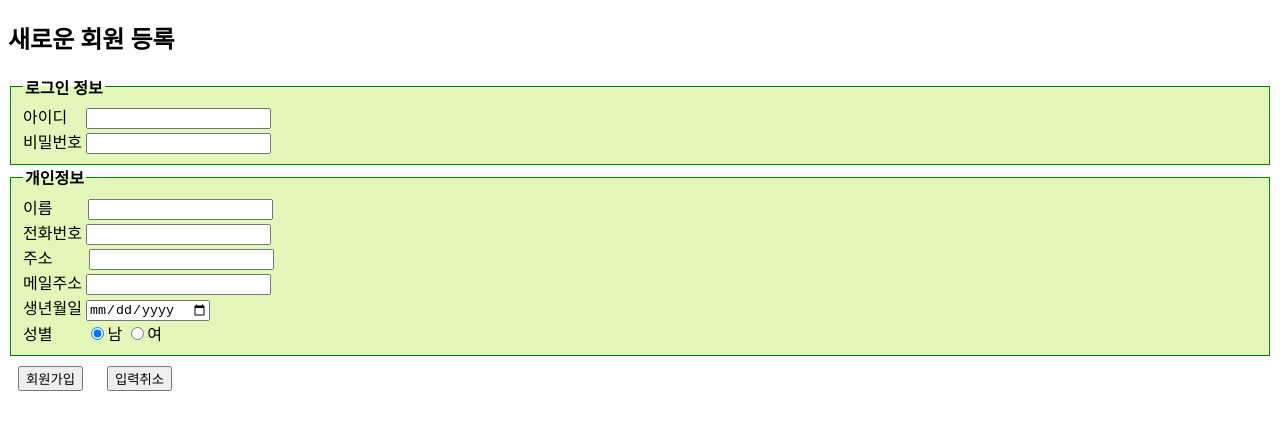
Repository: psyoongsc/SogongDo_Facility
Page: http://localhost/SogongDo_Management_System/Member_Mgmt/register.jsp
These files come from the project's save history. The page is drawn as it stood at one moment and after the next save; the edit follows.
The browser window is 1280 px wide. The pictures show the whole page.
The page is served by Tomcat 9. Nobody is signed in. The application's start-up code is not run.

Above is the page before, as saved 2020-06-25 20:12:26.

After the next save:
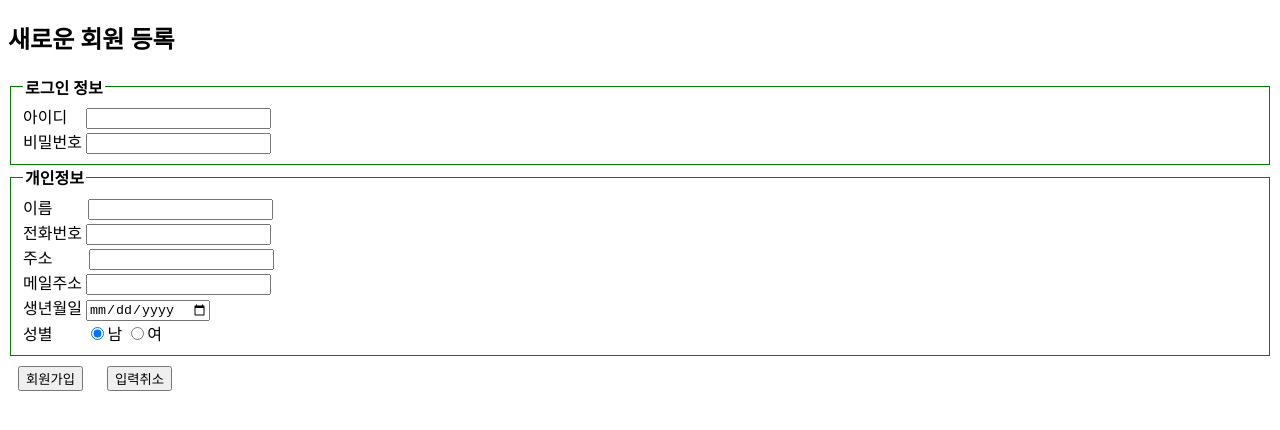
Saved 40 s later.
--- a/SogongDo_Management_System/WebContent/Member_Mgmt/register.jsp
+++ b/SogongDo_Management_System/WebContent/Member_Mgmt/register.jsp
@@ -14,7 +14,6 @@
             border-color: green;
             border-style: groove;
             border-image: initial;
-            background-color: #E4F7BA;
         }
         #man{
             margin-left: 35px;
